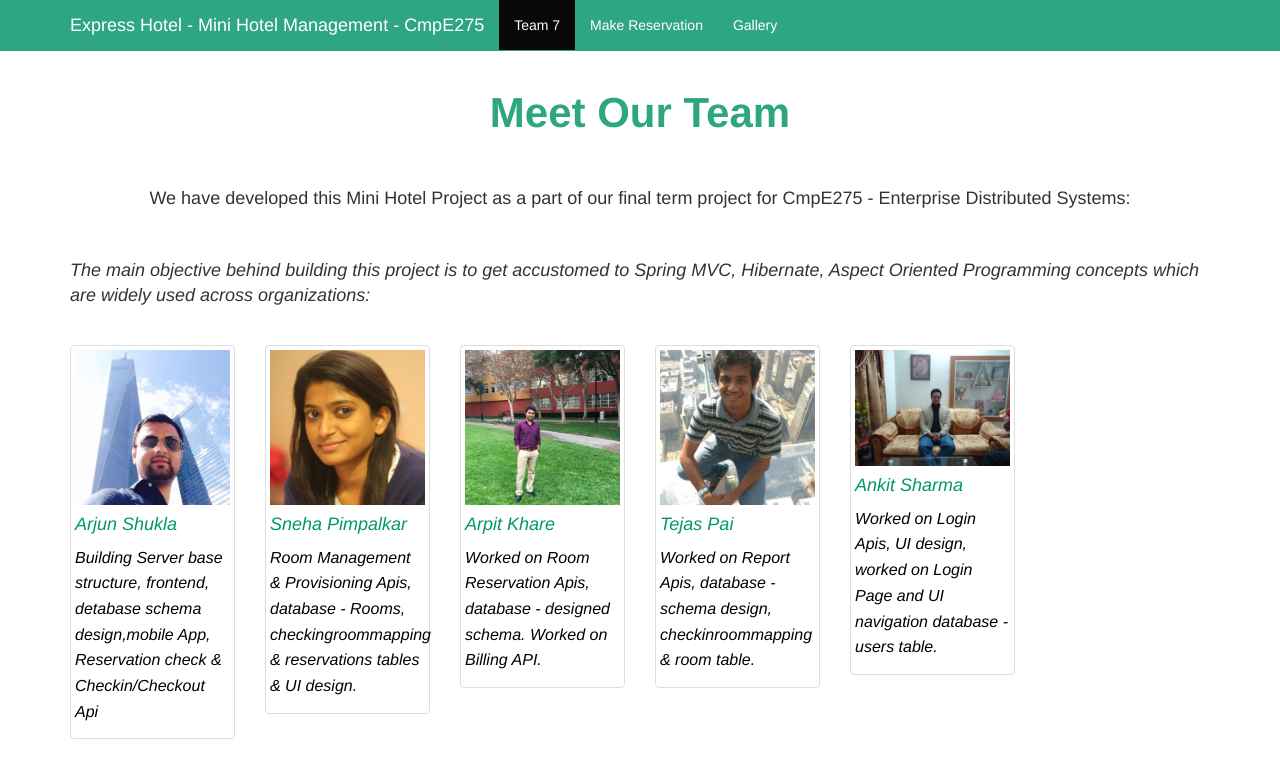
Repository: arjunshukla/CMPE-275_Team-07_Term-Project_Mini-Hotel-Manager
Page: NodeJS_webapp/client/meet_our_team.html
The author's editor kept a record of every edit. The page is drawn from the files as they stood at one moment, then again after the next edit.
The browser window is 1280 px wide. The pictures show the whole page.
Some web libraries are served in a nearby version.

Above is the page before.

After the next edit:
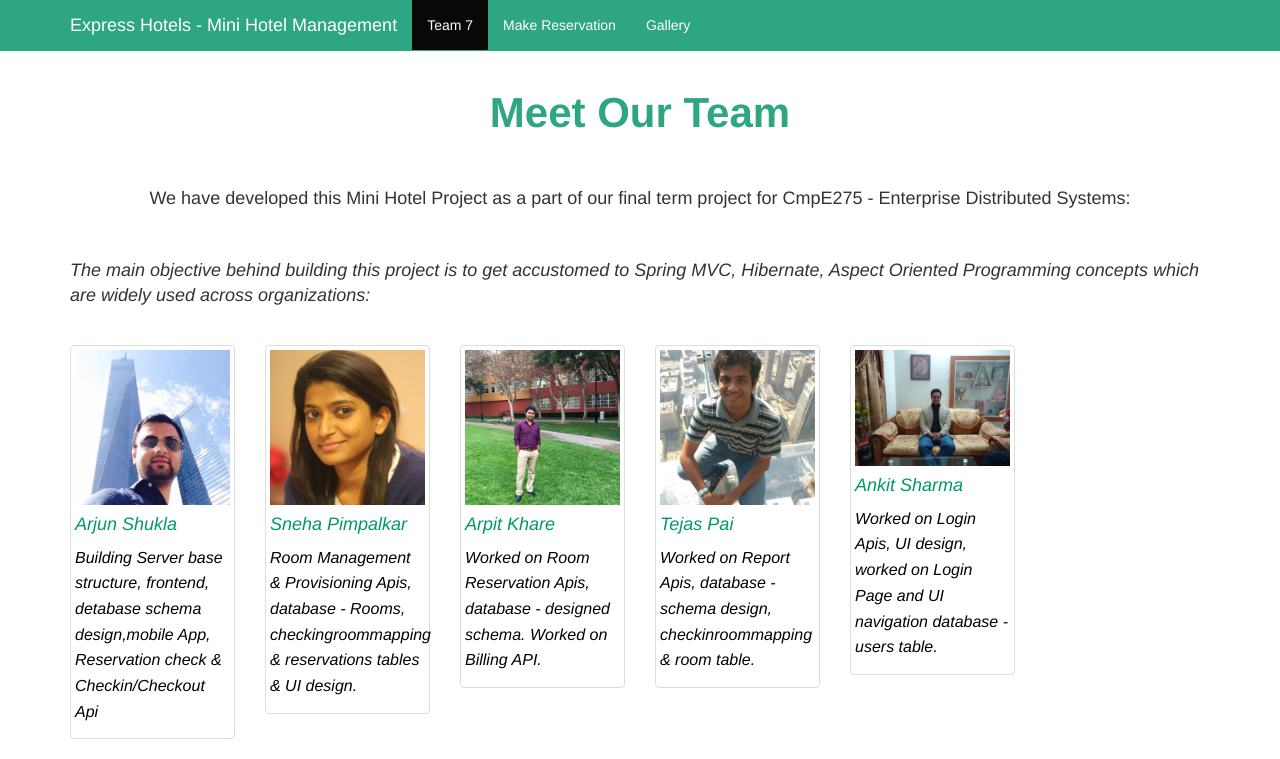
The edit:
--- a/NodeJS_webapp/client/meet_our_team.html
+++ b/NodeJS_webapp/client/meet_our_team.html
@@ -33,7 +33,7 @@
             <span class="icon-bar"></span>
             <span class="icon-bar"></span>
           </button>
-          <a class="navbar-brand" href="#">Express Hotel - Mini Hotel Management - CmpE275</a>
+          <a class="navbar-brand" href="#">Express Hotels - Mini Hotel Management</a>
         </div>
         <div id="navbar" class="collapse navbar-collapse">
           <ul class="nav navbar-nav">
